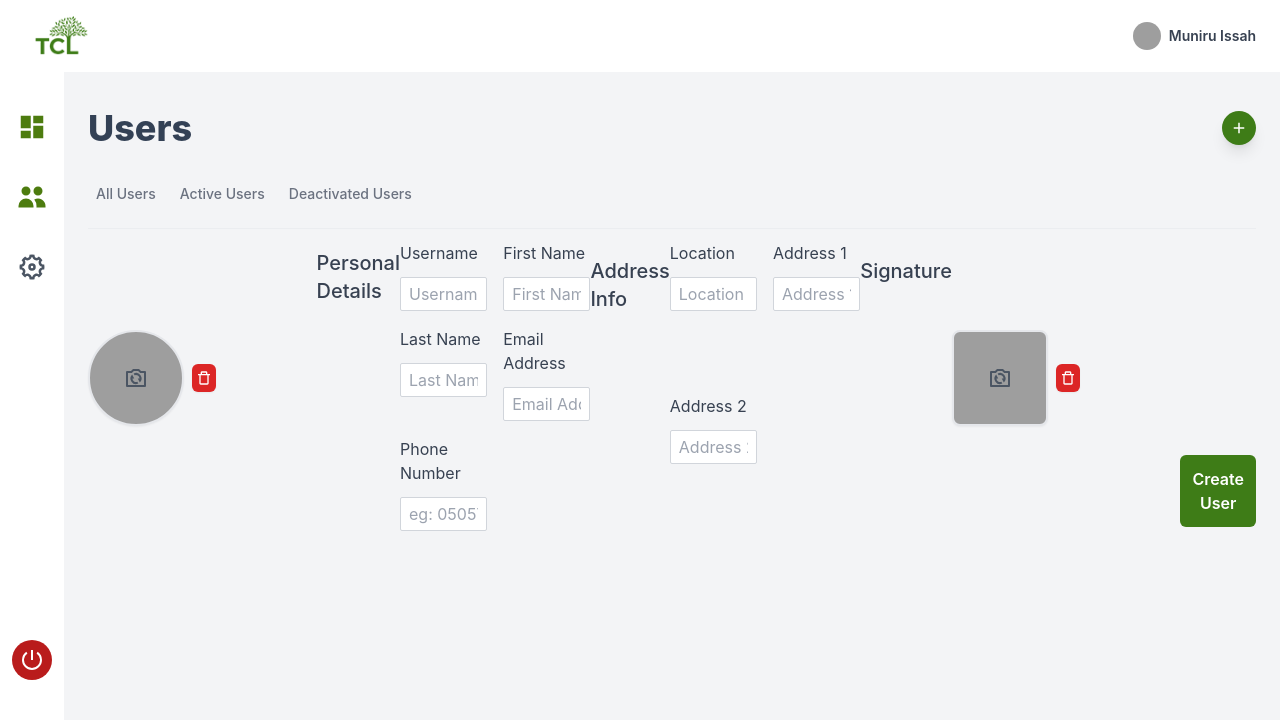
Repository: issah-gaisie/timber
Page: /dashboard/users/add
These files come from the project's save history. The page is drawn as it stood at one moment and after the next save; the edit follows.
The browser window is 1280 px wide. The pictures show the whole page.
Pictures or frames that could not be fetched are drawn as grey boxes. An inner scrolling area shows only its first screen. The project was rebuilt for these pictures with package versions that can differ from the ones it lists, and the page was loaded fresh each time. Also part of the build but not shown: src/App.css, src/components/Login.js, src/components/Auth.js, src/components/ResetPassword/PasswordReset.js, src/components/ResetPassword/PasswordResetSent.js, src/components/Dashboard/sub-components/ProfilePopup.js, src/components/PrivateRoute.js, src/components/Dashboard/DashboardMain.js and 8 more.

Above is the page before, as saved 2022-03-12 20:34:57.

### src/App.js
import logo from "./logo.svg";
import "./App.css";
import { Navigate, Route, Routes } from "react-router-dom";
import Login from "./components/Login";

import Auth from "./components/Auth";
import { Toaster } from "react-hot-toast";

import PasswordReset from "./components/ResetPassword/PasswordReset";
import PasswordResetSent from "./components/ResetPassword/PasswordResetSent";
import Dashboard from "./components/Dashboard/Dashboard";
// Auth Wrapper
import PrivateRoute from "./components/PrivateRoute";
import Users from "./components/Dashboard/Users/Users";
import DashboardMain from "./components/Dashboard/DashboardMain";

// All Dashboard Profile Routes
import Profile from "./components/Dashboard/Profile/Profile";
import PersonalDetails from "./components/Dashboard/Profile/PersonalDetails";
import ChangePassword from "./components/Dashboard/Profile/ChangePassword";
import AllUsers from "./components/Dashboard/Users/AllUsers";
import ActiveUsers from "./components/Dashboard/Users/ActiveUsers";
import DeactivatedUsers from "./components/Dashboard/Users/DeactivatedUsers";
import AddANewUser from "./components/Dashboard/Users/AddANewUser";
import UserDetails from "./components/Dashboard/Users/UserDetails";
import EditUser from "./components/Dashboard/Users/EditUser";

// All Dashboard Users Routes
function App() {
  return (
    <>
      <Routes>
        {/* Auth Routes */}
        <Route path="/" element={<Auth />}>
          <Route path="" element={<Navigate replace to="login" />} />
          <Route path="login" element={<Login />} />
          <Route path="password-reset" element={<PasswordReset />} />
          <Route path="password-reset-sent" element={<PasswordResetSent />} />
        </Route>
        {/* Dashboard Routes */}
        <Route
          path="dashboard"
          element={
            <PrivateRoute>
              <Dashboard />
            </PrivateRoute>
          }
        >
          {/* Main Dashboard Page */}
          <Route index element={<DashboardMain />} />
          {/* Admin Dashboard Users */}
          <Route path="users" element={<Users />}>
            <Route index element={<Navigate to="all" replace />} />
            <Route path="all" element={<AllUsers />} />
            <Route path="active" element={<ActiveUsers />} />
            <Route path="deactivated" element={<DeactivatedUsers />} />
            <Route path=":id" element={<UserDetails />} />
            <Route path=":id/edit" element={<EditUser />} />
            <Route path="add" element={<AddANewUser />} />
          </Route>
          {/* Dashboard Profile Page */}
          <Route path="profile" element={<Profile />}>
            <Route index element={<Navigate to="personal-details" replace />} />
            <Route path="personal-details" element={<PersonalDetails />} />
            <Route path="change-password" element={<ChangePassword />} />
          </Route>
        </Route>
      </Routes>
      <Toaster />
    </>
  );
}

export default App;

// OLD SIGN UP ROUTES
// import Signup from "./components/Signup";
// import PersonalDetails from "./components/Signup/PersonalDetails";
// import AddressInfo from "./components/Signup/AddressInfo";
// import ImageFiles from "./components/Signup/ImageFiles";
// import PasswordSent from "./components/Signup/PasswordSent";

// <Route path="signup" element={<Signup />}>
// <Route
//   path=""
//   element={<Navigate replace to="personal-details" />}
// />
// <Route path="personal-details" element={<PersonalDetails />} />
// <Route path="address" element={<AddressInfo />} />
// <Route path="image" element={<ImageFiles />} />
// </Route>
/* <Route path="password-sent" element={<PasswordSent />} /> */

### src/components/Dashboard/Dashboard.js
//Dashboard Component

import React, { useMemo, useState } from "react";
import logo from "../../assets/TCL2.png";
import profile from "../../assets/man_cutting_timber.jpg";

import { FaAngleDown, FaAngleUp } from "react-icons/fa";
import { Outlet, useLocation } from "react-router-dom";
import Sidebar from "./sub-components/Sidebar";
import ProfilePopup from "./sub-components/ProfilePopup";
import FloatingBottomNavBar from "./sub-components/FloatingBottomNavBar";

//Main Dashboard Component
const Dashboard = () => {
  const location = useLocation();
  console.log({ location });
  const [showPopup, setShowPopup] = useState(false);
  const togglePopup = () => setShowPopup((previousState) => !previousState);

  const arrow = useMemo(
    () => (showPopup ? <FaAngleUp /> : <FaAngleDown />),
    [showPopup]
  );

  return (
    <div className="flex flex-col h-screen w-screen bg-gray-100">
      {/* Dashboard Header */}
      <header className="flex justify-between items-center h-[10vh] shadow-sm bg-white px-2 md:px-6 relative">
        <img src={logo} alt="tcl" className="h-10 w-auto object-contain" />
        <div className="flex justify-center items-center space-x-2 pointer">
          <div
            className="h-7 w-7 rounded rounded-full bg-green-700 bg-cover bg-no-repeat bg-center"
            style={{ backgroundImage: `url(${profile})` }}
          ></div>
          <span className="hidden md:block text-gray-700 text-sm font-semibold ml-3">
            Muniru Issah
          </span>
        </div>
      </header>
      {/* Dashboard Main */}
      <main className="flex w-full h-[90vh] relative">
        <Sidebar />
        <section className="w-full  h-[83vh] md:h-[88vh] scroll-smooth overflow-y-auto bg-gray-100">
          <Outlet />
        </section>
        <FloatingBottomNavBar />
      </main>
    </div>
  );
};

export default Dashboard;

### src/components/Dashboard/Users/Users.js
import React from "react";
import { Link, Outlet } from "react-router-dom";
import { RiAddLine } from "react-icons/ri";
import { FaFileExport } from "react-icons/fa";
import manCTimber from "../../../assets/man_cutting_timber.jpg";
import { userRoutes } from "../../../utils";
import DashboardTabLink from "../sub-components/DashboardTabLink";
const Users = () => {
  return (
    <div className="w-full h-full p-6 flex flex-col items-start">
      <div className="w-full  flex justify-between items-center">
        <h1 className="text-4xl font-extrabold my-3 text-slate-700">Users</h1>
        <div className="flex items-center">
          <Link to='add' className="rounded rounded-full p-2 shadow-lg bg-[#3e7c17] hover:bg-[#356C14]">
            <RiAddLine className="text-lg text-white" />
          </Link>
        </div>
      </div>
      <nav className="w-full text-left py-4 border-b border-gray-300/25 mb-3 flex flex-wrap">
        {userRoutes.map((route) => (
          <DashboardTabLink {...route} />
        ))}
      </nav>
      <Outlet />
    </div>
  );
};

export default Users;

const UserCard = (props) => {
  const {
    name = "Issah Muniru",
    role = "Admin",
    profileImage = manCTimber,
    active = true,
  } = props;
  return (
    <div className="bg-white rounded rounded lg flex justify-center items-center flex-col p-3 space-y-3">
      {/* image and role section */}
      <div className="h-16 w-16 relative">
        <img
          src={profileImage}
          alt=""
          className="object-cover rounded rounded-full h-full w-full"
        />
        <span className="w-full block text-center absolute -bottom-1 uppercase rounded rounded-full bg-[#DEF6D0] text-[#4B971C] px-2 text-[0.7rem]">
          {role}
        </span>
      </div>
      {/* Name */}
      <h2 className="font-semibold text-gray-700">{name}</h2>
    </div>
  );
};

/* <div className="grid w-full grid-cols-4 gap-4">
        <UserCard />
        <UserCard />
        <UserCard />
        <UserCard />
      </div> */

### src/components/Dashboard/Users/AddANewUser.js
import React, { useState } from "react";
import Input from "../../Input";
import toast from "react-hot-toast";
import {
  ProfileImageSection,
  SignatureSection,
} from "../Profile/PersonalDetails";
const AddANewUser = () => {
  const [state, setState] = useState({
    username: "",
    firstName: "",
    lastName: "",
    email: "",
    phoneNumber: "",
    location: "",
    address1: "",
    address2: "",
  });

  const handleChange = (e) => {
    const { value, id } = e.target;
    setState((oldState) => ({ ...oldState, [id]: value }));
  };

  const handleSubmit = (e) => {
    e.preventDefault();
    const createUserPromise = new Promise((resolve, reject) =>
      setTimeout(
        () =>
          resolve({
            message: "User Created Successfully",
            status: 200,
            data: [],
          }),
        1000
      )
    );
    // handles the toast loader for the login process
    toast.promise(createUserPromise, {
      loading: "Creating User",
      success: "User Created Successfully",
      error: "User Create Failed",
    });
  };
  return (
    <form className="w-full flex" onSubmit={handleSubmit}>
      <ProfileImageSection />
      <h2 className=" text-xl font-medium text-gray-700 my-2">
        Personal Details
      </h2>
      <FormGrid>
        <label className="block">
          <span className="block text-md  text-gray-700 mb-3">Username</span>
          <Input placeholder="Username" type="text" value={state.username} />
        </label>
        <label className="block">
          <span className="block text-md  text-gray-700 mb-3">First Name</span>
          <Input placeholder="First Name" type="text" value={state.firstName} />
        </label>
        <label className="block">
          <span className="block text-md  text-gray-700 mb-3">Last Name</span>
          <Input placeholder="Last Name" type="text" value={state.lastName} />
        </label>
        <label className="block">
          <span className="block text-md  text-gray-700 mb-3">
            Email Address
          </span>
          <Input placeholder="Email Address" type="email" value={state.email} />
        </label>
        <label className="block">
          <span className="block text-md  text-gray-700 mb-3">
            Phone Number
          </span>
          <Input
            placeholder="eg: 0505707987"
            type="tel"
            value={state.phoneNumber}
          />
        </label>
      </FormGrid>
      <h2 className=" text-xl font-medium text-gray-700 my-4">Address Info</h2>
      <FormGrid>
        <label className="block">
          <span className="block text-md  text-gray-700 mb-3">Location</span>
          <Input placeholder="Location" type="text" value={state.location} />
        </label>
        <label className="block">
          <span className="block text-md  text-gray-700 mb-3">Address 1</span>
          <Input placeholder="Address 1" type="text" value={state.address1} />
        </label>
        <label className="block">
          <span className="block text-md  text-gray-700 mb-3">Address 2</span>
          <Input placeholder="Address 2" type="text" value={state.address2} />
        </label>
      </FormGrid>
      <h2 className=" text-xl font-medium text-gray-700 my-4">Signature</h2>
      <SignatureSection />
      <button
        type="submit"
        className="w-full md:w-auto md:px-3 bg-[#3e7c17] hover:bg-[#356C14] text-white font-semibold py-2 lg:py-3 my-3 rounded rounded-md self-end"
      >
        Create User
      </button>
    </form>
  );
};

export default AddANewUser;

const FormGrid = ({ children }) => {
  return (
    <div className="w-full sm:w-5/6 grid grid-cols-1 sm:grid-cols-2 gap-4 mb-2">
      {children}
    </div>
  );
};

### src/components/Input.js
import React from "react";

const Input = (props) => {
  return (
    <input
      className="w-full rounded rounded-sm border border-gray-300 py-1 px-2 outline-none "
      {...props}
    />
  );
};

export default Input;

### src/components/Dashboard/sub-components/Sidebar.js
import React from "react";
import { RiShutDownLine } from "react-icons/ri";
import { NavLink } from "react-router-dom";
import { dashboardNavigation } from "../../../utils";
const Sidebar = () => {
  return (
    <nav className="h-full bg-white shadow-xs min-w-[4rem] basis-[5%] flex-col items-center justify-between  hidden md:flex">
      <div className="flex flex-col justify-center space-y-10 pt-10">
        {dashboardNavigation.map((navItem, index) => (
          <NavLink key={index} to={navItem.path} className="group">
            {({ isActive }) => (
              <>
                <navItem.Icon
                  className={
                    isActive
                      ? "hidden"
                      : "text-3xl text-gray-600 group-hover:hidden"
                  }
                />

                <navItem.IconFilled
                  className={
                    isActive
                      ? "text-3xl text-lime-700"
                      : "hidden text-3xl text-lime-700 group-hover:block"
                  }
                />
              </>
            )}
          </NavLink>
        ))}
      </div>

      <div className=" flex justify-center items-center bg-red-700 hover:bg-red-900 p-2 rounded rounded-full mb-10">
        <RiShutDownLine className="text-2xl text-white" />
      </div>
    </nav>
  );
};

export default Sidebar;

### src/components/Dashboard/sub-components/FloatingBottomNavBar.js
import React from "react";
import { RiShutDownLine } from "react-icons/ri";
import { NavLink } from "react-router-dom";
import { dashboardNavigation } from "../../../utils";

const FloatingBottomNavBar = () => {
  return (
    <nav className="flex md:hidden w-full items-center justify-around bg-white shadow-sm absolute bottom-0 h-[6vh]  m-auto">
      {dashboardNavigation.map((navItem, index) => (
        <NavLink key={index} to={navItem.path} className="group">
          {({ isActive }) => (
            <>
              <navItem.Icon
                className={
                  isActive
                    ? "hidden"
                    : "text-xl text-gray-600 group-hover:hidden"
                }
              />

              <navItem.IconFilled
                className={
                  isActive
                    ? "text-xl text-lime-700"
                    : "hidden text-xl text-lime-700 group-hover:block"
                }
              />
            </>
          )}
        </NavLink>
      ))}
      <div className="">
        <RiShutDownLine className="text-xl text-red-600" />
      </div>
    </nav>
  );
};

export default FloatingBottomNavBar;

### src/utils/index.js
import {
  RiDashboardFill,
  RiDashboardLine,
  RiSettings5Fill,
  RiSettings5Line,
} from "react-icons/ri";
import { HiUsers, HiOutlineUsers } from "react-icons/hi";
// sidebar utils
export const dashboardNavigation = [
  {
    name: "Dashboard",
    IconFilled: (props) => <RiDashboardFill {...props} />,
    Icon: (props) => <RiDashboardLine {...props} />,
    path: "",
  },
  {
    name: "Users",
    IconFilled: (props) => <HiUsers {...props} />,
    Icon: (props) => <HiOutlineUsers {...props} />,
    path: "users",
  },
  {
    name: "Profile",
    IconFilled: (props) => <RiSettings5Fill {...props} />,
    Icon: (props) => <RiSettings5Line {...props} />,
    path: "profile",
  },
];

export const profileRoutes = [
  {
      name: 'Personal Details',
      path: 'personal-details'
  },
  {
      name: 'Change Password',
      path: 'change-password'
  }

]

export const userRoutes = [
  {
      name: 'All Users',
      path: 'all'
  },
  {
      name: 'Active Users',
      path: 'active'
  },
  {
      name: 'Deactivated Users',
      path: 'deactivated'
  },


]

### src/components/Dashboard/sub-components/DashboardTabLink.js
import React from "react";
import { NavLink } from "react-router-dom";

const DashboardTabLink = (props) => {
  return (
    <NavLink
      to={props.path}
      className={({ isActive }) =>
        isActive
          ? "p-2 rounded rounded-md bg-[#DEF6D0] text-[#4B971C] text-sm mr-2 font-medium"
          : "p-2 rounded rounded-md hover:bg-[#DEF6D0] text-gray-500 hover:text-[#4B971C] text-sm mr-2 font-medium"
      }
    >
      {props.name}
    </NavLink>
  );
};

export default DashboardTabLink;

Loaded but not shown: public/index.html (common file); src/index.js (common file); src/index.css (common file); src/reportWebVitals.js (common file); tailwind.config.js (common file); src/components/Dashboard/Profile/PersonalDetails.js (316 lines, source omitted)

After the next save:
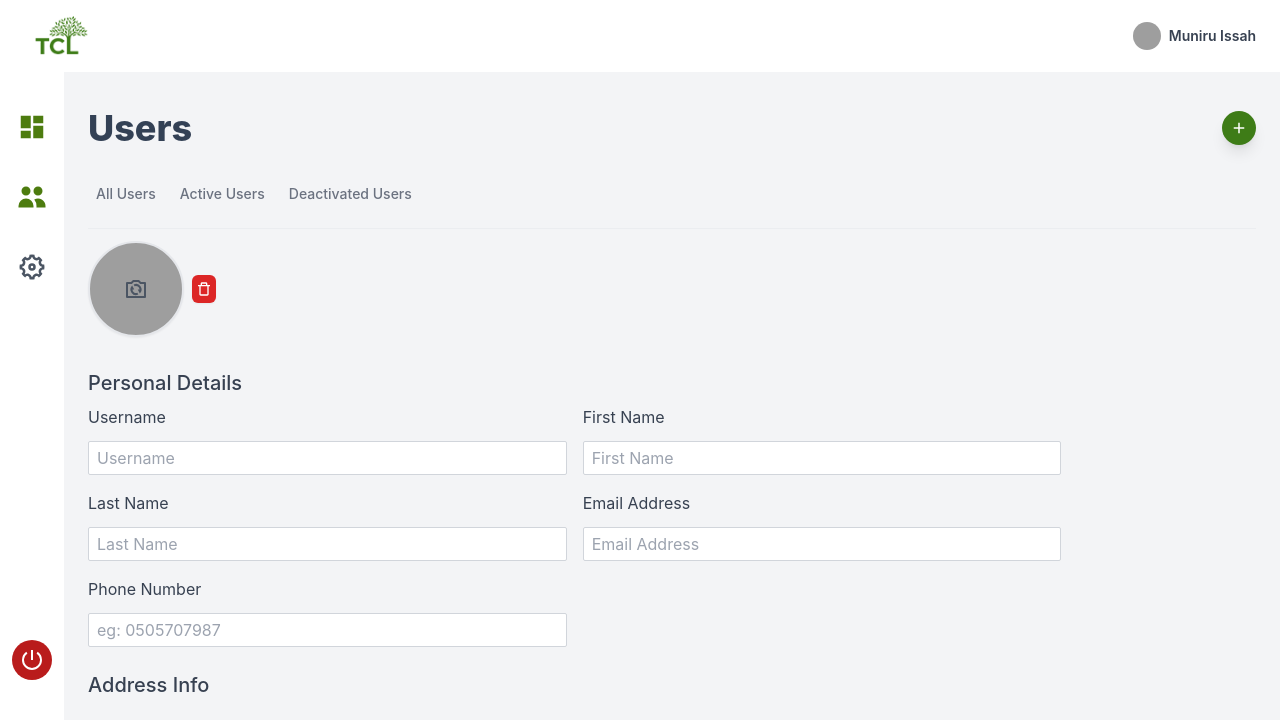
Saved 6 s later.
--- a/src/components/Dashboard/Users/AddANewUser.js
+++ b/src/components/Dashboard/Users/AddANewUser.js
@@ -43,7 +43,7 @@ const AddANewUser = () => {
     });
   };
   return (
-    <form className="w-full flex" onSubmit={handleSubmit}>
+    <form className="w-full flex flex-col" onSubmit={handleSubmit}>
       <ProfileImageSection />
       <h2 className=" text-xl font-medium text-gray-700 my-2">
         Personal Details
